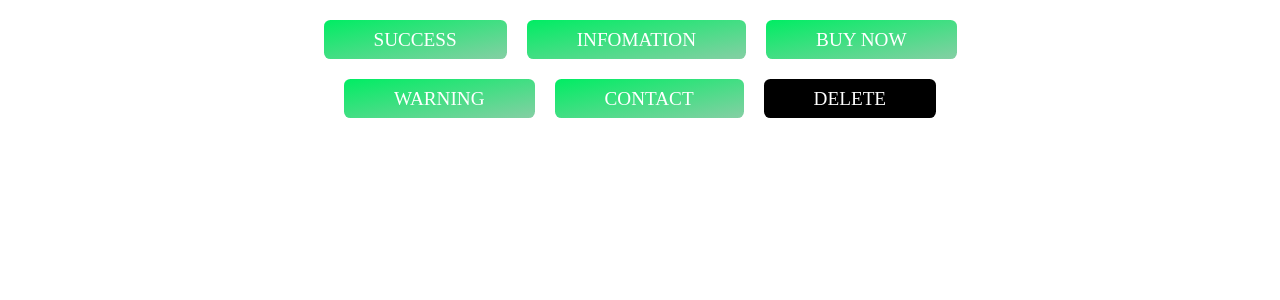
Repository: ThanhPhongsof/Css-Course
Page: index.html
An editor plug-in stored every save of this project. The page is shown before and after the next save, followed by the edit.
The browser window is 1280 px wide. The pictures show the whole page.

Above is the page before, as saved 2022-05-16 08:11:25.

After the next save:
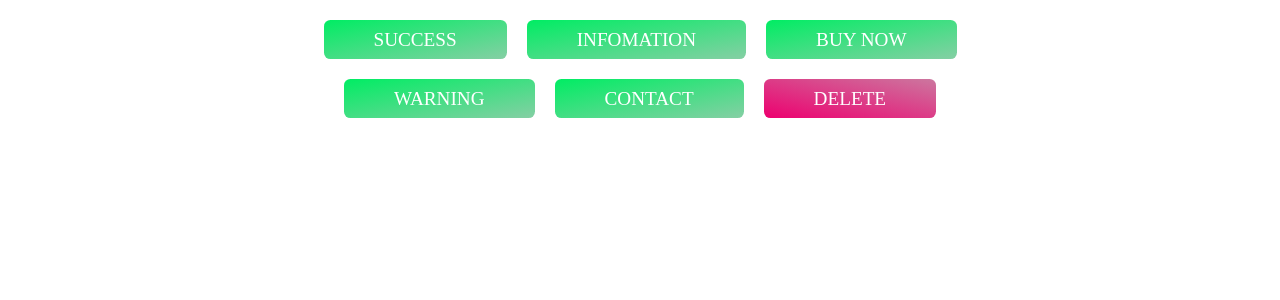
Saved 7 s later.
--- a/styles.css
+++ b/styles.css
@@ -38,5 +38,5 @@
 }
 
 .button--pink {
-  background-image: linear-gradient(to right left, #cc779f, #ed006f);
+  background-image: linear-gradient(to bottom left, #cc779f, #ed006f);
 }

After the 2 saves that followed:
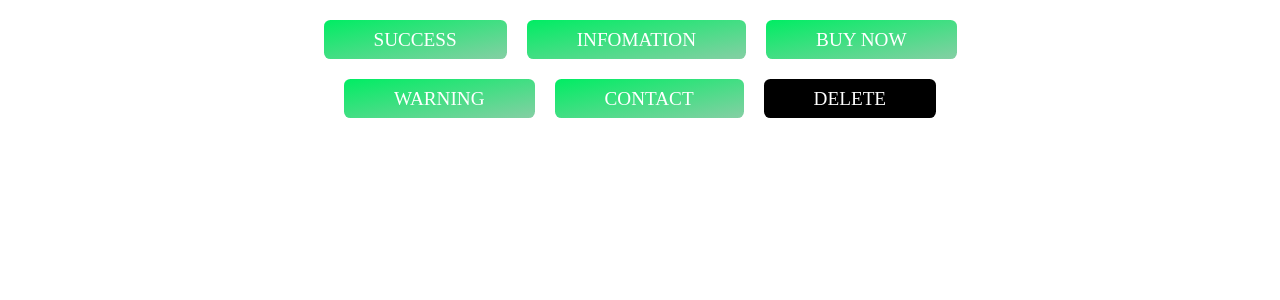
The 2 saves are shown as one change because 1 left the picture as it was.
The last was saved 17 s later.
--- a/styles.css
+++ b/styles.css
@@ -38,5 +38,5 @@
 }
 
 .button--pink {
-  background-image: linear-gradient(to bottom left, #cc779f, #ed006f);
+  background-image: linear-gradient(to top bottom, #cc779f, #ed006f);
 }
